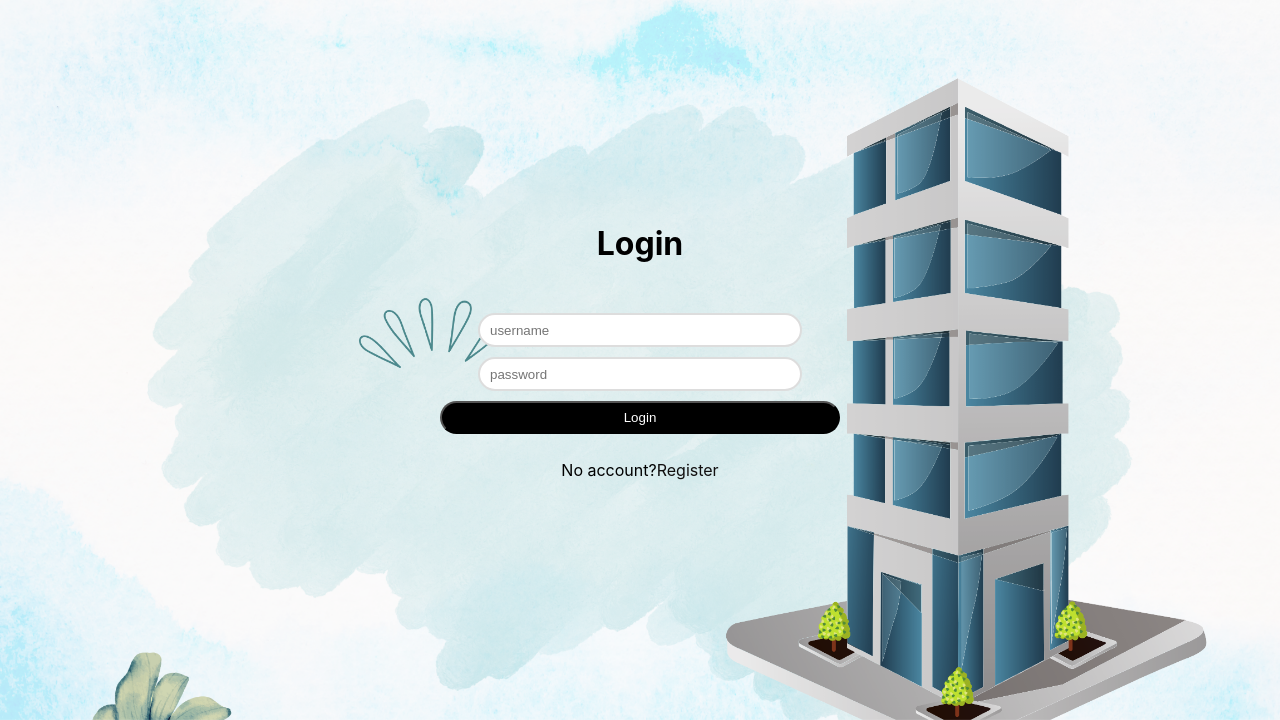
Repository: ngnhthuong/Smart_Trash_IOT
Page: /home (app in UI/)
The author's editor kept a copy of each file at every save. The page is drawn from the files as they stood at one save, then again after the next save.
The browser window is 1280 px wide. The pictures show the whole page.
The project was rebuilt for these pictures with package versions that can differ from the ones it lists, and the page was loaded fresh each time. Also part of the build but not shown: UI/src/pages/signup/Signup.js, UI/src/components/FloorStyle.css, UI/src/components/Floor.js, UI/src/pages/Home/HomeStyles.css, UI/src/pages/Home/Home.js.

Above is the page before, as saved 2024-03-30 14:49:11.

### UI/src/App.js
import { BrowserRouter as Router, Routes, Route } from "react-router-dom";
import { publicRoutes } from "./routes/index";
import DefaultLayout from "./pages/Home/Home";
import { Fragment } from "react";
import Login from "./pages/login/Login";

function App() {
  return (
    <Router>
      <div className="App">
        <Routes>
          {publicRoutes.map((route, index) => {
            const Layout = route.layout === null ? Fragment : Login;
            const Page = route.component;
            return (
              <Route
                key={index}
                path={route.path}
                element={
                  <Layout>
                    <Page />
                  </Layout>
                }
              />
            );
          })}
        </Routes>
      </div>
    </Router>
  );
}

export default App;

### UI/src/routes/index.js
import Login from "../pages/login/Login";
import Signup from "../pages/signup/Signup";
import Home from "../pages/Home/Home";
// dont need login to view
const publicRoutes = [
  { path: "/", component: Login },
  { path: "/home", component: Home },
  { path: "/signup", component: Signup },
];

export { publicRoutes };

### UI/src/pages/login/Login.js
import React from "react";
import "./LoginStyles.css";
export default function Login() {
  return (
    <div className="main">
      <form className="login">
        <h1 className="login-title">Login</h1>
        <input className="input" type="text" placeholder="username" />
        <input className="input" type="password" placeholder="password" />
        <button>Login</button>
        <p>
          No account?
          <span>
            <a className="register-redirect">Register</a>
          </span>
        </p>
      </form>
    </div>
  );
}

### UI/src/pages/login/LoginStyles.css
.main {
    position: relative;
    width: 100vw;
    height: 100vh;
    background: url(../../../public/background_webnew.png);
    background-size: cover;
    overflow: hidden;
    background-attachment: fixed;
}
form {
    width: 100%;
    height: 100%;
    display: flex;
    flex-direction: column;
    align-items: center;
    justify-content: center;
}

.login-title {
    margin: 0 0 50px 0;
}

input:focus {
    border: 2px solid #000000;
    outline: none;
}

.input {
    display: block;
    margin-bottom: 10px;
    width: 300px;
    height: 10px;
    padding: 10px 10px 10px 10px;
    border: 2px solid #ddd;
    border-radius: 40px;
    background-color: #fff;
}

.login button {
    cursor: pointer;
    width: 400px;
    display: block;
    margin-bottom: 10px;
    background-color: #000000;
    color: #ffffff;
    border-radius: 40px;
    padding: 7px 0;
}

form.login h1 {
    text-align: center;
}

.register-redirect {
    color: #110f0f;
}

.register-redirect:hover {
    cursor: pointer;
    text-shadow: 1px 1px rgba(7, 6, 6, 5.0);
}

.login {
    transition: transform 0.3s ease-out;
    transform: translateX(0);
}

.login.visible {
    transform: translateX(-100%);
}

Loaded but not shown: UI/public/index.html (common file); UI/src/index.js (common file); UI/src/index.css (common file); UI/src/reportWebVitals.js (common file)

After the next save:
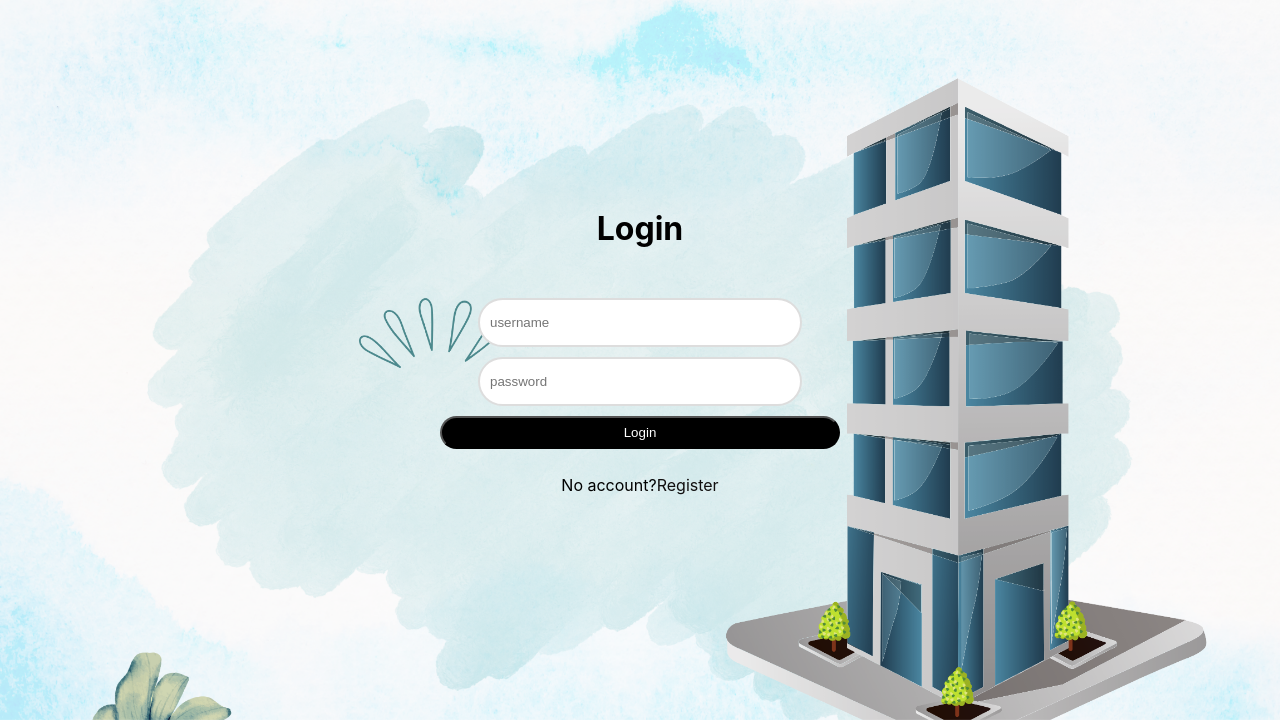
Saved 6 s later.
--- a/UI/src/pages/login/LoginStyles.css
+++ b/UI/src/pages/login/LoginStyles.css
@@ -29,7 +29,7 @@ input:focus {
     display: block;
     margin-bottom: 10px;
     width: 300px;
-    height: 10px;
+    height: 25px;
     padding: 10px 10px 10px 10px;
     border: 2px solid #ddd;
     border-radius: 40px;
